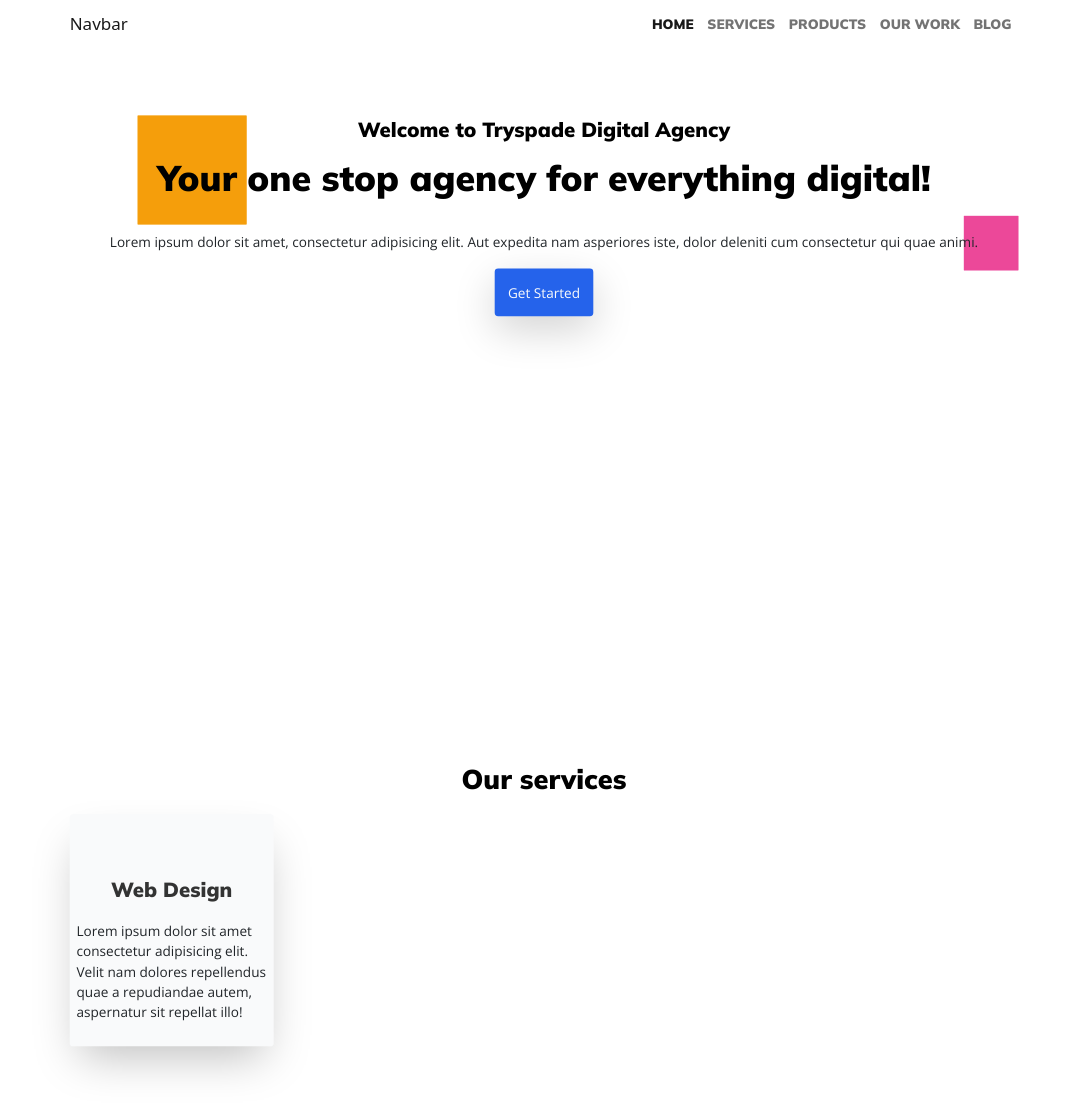
Repository: latenightsnacc/super-octo-fortnight
Page: index.html
These files come from the project's save history. The page is drawn as it stood at one moment and after the next save; the edit follows.
The browser window is 1280 px wide. The pictures show the whole page, at 85% of full size.
Some web libraries are served in a nearby version. The style sheet was rebuilt from its Sass, Less or Tailwind sources for each picture, by a compiler version that may differ from the author's.

Above is the page before, as saved 2021-01-29 13:11:28.

### index.html
<!DOCTYPE html>
<html lang="en">
<head>
    <meta charset="UTF-8">
    <meta name="viewport" content="width=device-width, initial-scale=1.0">
    <!--Tailwind 2.0.2-->
    <link href="https://cdnjs.cloudflare.com/ajax/libs/tailwindcss/2.0.2/tailwind.min.css" rel="stylesheet">
    <!--Font Awesome 5.15.1-->
    <link rel="stylesheet" href="https://cdnjs.cloudflare.com/ajax/libs/font-awesome/5.15.1/css/all.min.css" integrity="sha512-+4zCK9k+qNFUR5X+cKL9EIR+ZOhtIloNl9GIKS57V1MyNsYpYcUrUeQc9vNfzsWfV28IaLL3i96P9sdNyeRssA==" crossorigin="anonymous" />
    <!-- Bootstrap 5.0.0 Beta-->
    <link href="https://cdn.jsdelivr.net/npm/bootstrap@5.0.0-beta1/dist/css/bootstrap.min.css" rel="stylesheet" integrity="sha384-giJF6kkoqNQ00vy+HMDP7azOuL0xtbfIcaT9wjKHr8RbDVddVHyTfAAsrekwKmP1" crossorigin="anonymous" />
    <!-- UIkit CSS -->
    <link rel="stylesheet" href="https://cdn.jsdelivr.net/npm/uikit@3.6.9/dist/css/uikit.min.css" />
    <link rel="apple-touch-icon" sizes="180x180" href="/apple-touch-icon.png">
    <link rel="icon" type="image/png" sizes="32x32" href="/favicon-32x32.png">
    <link rel="icon" type="image/png" sizes="16x16" href="/favicon-16x16.png">
    <link rel="manifest" href="/site.webmanifest">
    <!--Custom Stylesheet-->
    <link rel="stylesheet" href="stylesheet/stylesheet.css">
    <title>TrySpade - Digital Agency</title>
</head>
<body class="overflow-x-hidden min-h-screen" >
    <main class="w-full mx-auto">
        <header>
            <nav class="navbar navbar-expand-lg navbar-light bg-transparent fixed-top">
                <div class="container">
                  <a class="navbar-brand" href="#">Navbar</a>
                  <button class="navbar-toggler" type="button" data-bs-toggle="collapse" data-bs-target="#navbarSupportedContent" aria-controls="navbarSupportedContent" aria-expanded="false" aria-label="Toggle navigation">
                    <span class="navbar-toggler-icon"></span>
                  </button>
                  <div class="collapse navbar-collapse" id="navbarSupportedContent">
                    <ul class="navbar-nav ml-auto mb-2 mb-lg-0">
                        <li class="nav-item">
                            <a class="nav-link active text-base uppercase" aria-current="page" href="#">Home</a>
                        </li>
                        <li class="nav-item">
                            <a class="nav-link text-base uppercase" href="#">services</a>
                        </li>
                        <li class="nav-item">
                            <a class="nav-link text-base uppercase" href="#">products</a>
                        </li>
                        <li class="nav-item">
                            <a class="nav-link text-base uppercase" href="#">our work</a>
                        </li>
                        <li class="nav-item">
                            <a class="nav-link text-base uppercase" href="#">blog</a>
                        </li>

                    </ul>
                  </div>
                </div>
            </nav>
        </header>
        <!--Banner-->
        <section id="banner" class="w-full h-screen mt-24 py-10">
            <div class="container">
                <div class="relative flex flex-col items-center h-auto">
                    <div class="z-10 text-black text-2xl text-center title">Welcome to Tryspade Digital Agency</div>
                    <h1 class="z-10 text-center text-black leading-loose m-0">Your one stop agency for everything digital!</h1>
                    <p class="z-10 text-center">Lorem ipsum dolor sit amet, consectetur adipisicing elit. Aut expedita nam asperiores iste, dolor deleniti cum consectetur qui quae animi.</p>
                    <!--BOXES-->
                    <div class=" absolute top-0 left-20">
                        <div class="z-0 border-2 border-yellow-500 bg-yellow-500 w-32 h-32"></div>
                    </div>

                    <div class="absolute top-50 right-0">
                        <div class="z-0 border-2 border-pink-500 bg-pink-500 w-16 h-16"></div>
                    </div>
                    <div class="flex justify-center">
                        <button class="bg-blue-600 p-3 font-lg text-gray-50 shadow-lg rounded focus:outline-none">Get Started</button>
                    </div>
                </div>
            </div>
        </section>
        <!--SERVICES-->
        <section id="services" class="my-20">
            <div class="container">
                <h2 class="text-center text-black">Our services</h2>
                <div class="row">
                    <div class="col-xs-12 col-sm-12 col-md-4 col-lg-3 col-xl-3">
                        <div class="w-60 h-auto bg-gray-50 shadow-2xl rounded p-2">
                            <a href="#">
                                <i class="fa fa-web"></i>
                            </a>
                            <h3 class="text-center">Web Design</h3>
                            <p>Lorem ipsum dolor sit amet consectetur adipisicing elit. Velit nam dolores repellendus quae a repudiandae autem, aspernatur sit repellat illo!</p>
                        </div>
                    </div>
                </div>
            </div>
        </section>
        <!-- <svg xmlns="http://www.w3.org/2000/svg" viewBox="0 0 1440 320"><path fill="#0099ff" fill-opacity="1" d="M0,320L48,282.7C96,245,192,171,288,122.7C384,75,480,53,576,69.3C672,85,768,139,864,170.7C960,203,1056,213,1152,208C1248,203,1344,181,1392,170.7L1440,160L1440,0L1392,0C1344,0,1248,0,1152,0C1056,0,960,0,864,0C768,0,672,0,576,0C480,0,384,0,288,0C192,0,96,0,48,0L0,0Z"></path></svg> -->
        <!-- <svg xmlns="http://www.w3.org/2000/svg" viewBox="0 0 1440 320"><path fill="#0099ff" fill-opacity="1" d="M0,64L48,96C96,128,192,192,288,213.3C384,235,480,213,576,170.7C672,128,768,64,864,42.7C960,21,1056,43,1152,64C1248,85,1344,107,1392,117.3L1440,128L1440,0L1392,0C1344,0,1248,0,1152,0C1056,0,960,0,864,0C768,0,672,0,576,0C480,0,384,0,288,0C192,0,96,0,48,0L0,0Z"></path></svg> -->
    </main>
    <!-- UIkit JS -->
    <script src="https://cdn.jsdelivr.net/npm/uikit@3.6.9/dist/js/uikit.min.js"></script>
    <script src="https://cdn.jsdelivr.net/npm/uikit@3.6.9/dist/js/uikit-icons.min.js"></script>
    <script src="https://cdn.jsdelivr.net/npm/bootstrap@5.0.0-beta1/dist/js/bootstrap.bundle.min.js" integrity="sha384-ygbV9kiqUc6oa4msXn9868pTtWMgiQaeYH7/t7LECLbyPA2x65Kgf80OJFdroafW" crossorigin="anonymous"></script>
    <!-- Start of HubSpot Embed Code -->
  <script type="text/javascript" id="hs-script-loader" async defer src="//js.hs-scripts.com/9284931.js"></script>
  <!-- End of HubSpot Embed Code -->
</body>
</html>

### Stylesheet/stylesheet.scss
@import 'variables';
@import 'bg';

h1, h2, h3, h4, h5, h6, .nav-link, button, .title {
    font-family: $fontBold;
}
p, button {
    font-family: $fontRegular;
}

### Stylesheet/_variables.scss
@import url('https://fonts.googleapis.com/css2?family=Mulish:wght@900&family=Open+Sans&display=swap');

$fontBold: 'Mulish', sans-serif;
$fontRegular:'Open Sans', sans-serif;
$white: white;

### Stylesheet/bg.scss
.background {
    background-color: white;
    position: relative;
    min-height: 100vh;
    min-width:100vw;
    overflow-x: hidden;

  .wrapper{
    z-index: 1;
  }


  .cube {
    position: absolute;
    top: 80vh;
    left: 45vw;
    width: 10px;
    height: 10px;
    border: solid 1px darken(lightgrey, 10%);
    transform-origin: top left;
    transform: scale(0) rotate(0deg) translate(-50%, -50%);
    animation: cube 12s ease-in forwards infinite;

    &:nth-child(2n) {
      border-color: lighten(lightgrey, 10%);
    }

    &:nth-child(2) {
      animation-delay: 2s;
      left: 25vw;
      top: 40vh;
    }

    &:nth-child(3) {
      animation-delay: 4s;
      left: 75vw;
      top: 50vh;
    }

    &:nth-child(4) {
      animation-delay: 6s;
      left: 90vw;
      top: 10vh;
    }

    &:nth-child(5) {
      animation-delay: 8s;
      left: 10vw;
      top: 85vh;
    }

    &:nth-child(6) {
      animation-delay: 10s;
      left: 50vw;
      top: 10vh;
    }


}

@keyframes cube {
        from {
        transform: scale(0) rotate(0deg) translate(-50%, -50%);
        opacity: 1;
        }
        to {
        transform: scale(20) rotate(960deg) translate(-50%, -50%);
        opacity: 0;
        }
    }
}

After the next save:
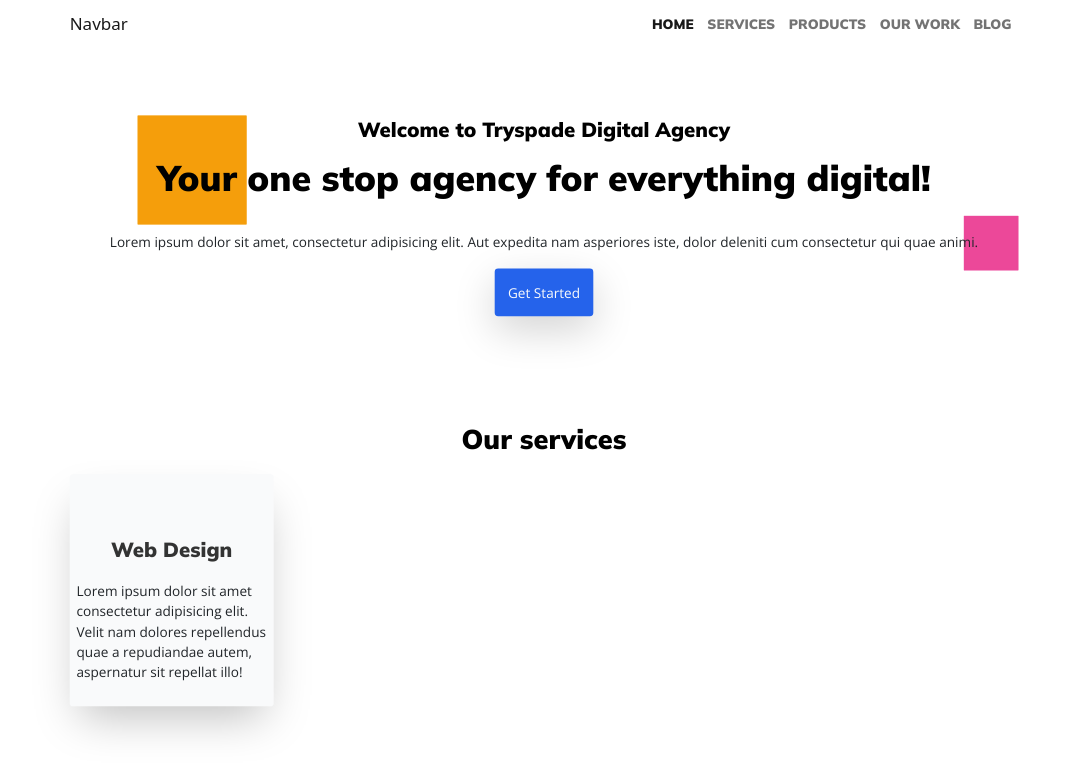
Saved 25 s later.
--- a/index.html
+++ b/index.html
@@ -52,7 +52,7 @@
             </nav>
         </header>
         <!--Banner-->
-        <section id="banner" class="w-full h-screen mt-24 py-10">
+        <section id="banner" class="w-full h-80 mt-24 py-10">
             <div class="container">
                 <div class="relative flex flex-col items-center h-auto">
                     <div class="z-10 text-black text-2xl text-center title">Welcome to Tryspade Digital Agency</div>
